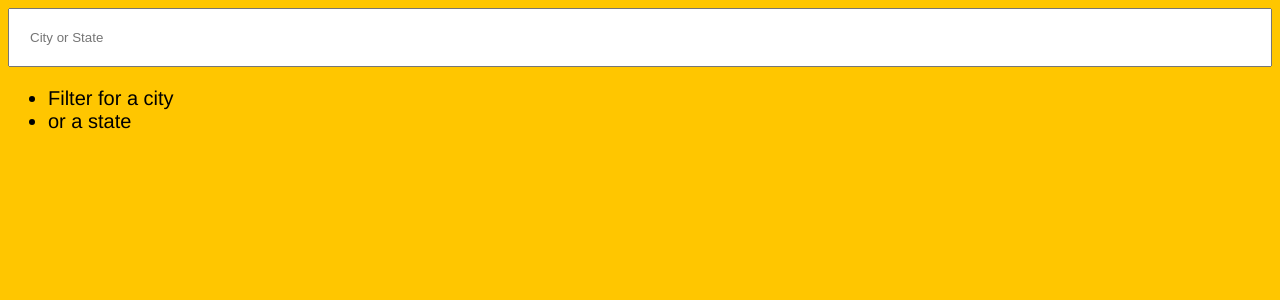
Repository: Saieebawake/Type-Ahead-City-or-State-Search
Page: index.html
These files come from the project's save history. The page is drawn as it stood at one moment and after the next save; the edit follows.
The browser window is 1280 px wide. The pictures show the whole page.
The page's requests for data from a server got no answer.

Above is the page before, as saved 2026-09-27 20:34:45.

### index.html
<!DOCTYPE html>
<html lang="en">
<head>
    <meta charset="UTF-8">
    <meta name="viewport" content="width=device-width, initial-scale=1.0">
    <title>Type Ahead</title>
    <link rel="stylesheet" href="style.css">
</head>
<body>
    <form class="search-form">
        <input type="text" class="search" placeholder="City or State">
        <ul class="suggestions">
            <li>Filter for a city</li>
            <li>or a state</li>
        </ul>
    </form>
    <script src="script.js"></script>
</body>
</html>

### style.css
html {
    box-sizing: border-box;
    background: #ffc600;
    font-family: 'helvetica neue';
    font-size: 20px;
    font-weight: 200;
}

*, *:before, *:after {
    box-sizing: inherit;
}

input {
    width: 100%;
    padding: 20px;
}

### script.js
const endpoint = 'https://gist.githubusercontent.com/Miserlou/c5cd8364bf9b2420bb29/raw/2bf258763cdddd704f8ffd3ea9a3e81d25e2c6f6/cities.json'

const cities = [];

fetch(endpoint)
.then(blob => blob.json())
.then(data => cities.push(...data))

function findMatches(wordToMatch, cities) {
    return cities.filter(place => {
        const regex = new RegExp(wordToMatch, 'gi');
        return place.city.match(regex) || place.state.match(regex)
    });
}

function numberWithCommas(x) {
    return x.toString().replace(/|B(?=(\d{3})+(?!\d))/g, ',');
}

function displayMatches() {
    const matchArray = findMatches(this.value, cities);
    const html = matchArray.map(place => {
        const regex = new RegExp(this.value, 'gi');
        const cityName = place.city.replace(regex,`<span class="hl">${this.value}</span>`);
        const stateName = place.state.replace(regex,`<span class="hl">${this.value}</span>`);
        return `
        <li>
        <span class="name">${cityName}, ${stateName}</span>
        <span class="population">${numberWithCommas(place.population)}</span>
        </li>`;
    }).join('');
    suggestions.innerHTML = html;
}

const searchInput = document.querySelector('.search');
const suggestions = document.querySelector('.suggestions');

searchInput.addEventListener('change', displayMatches);
searchInput.addEventListener('keyup', displayMatches);

After the next save:
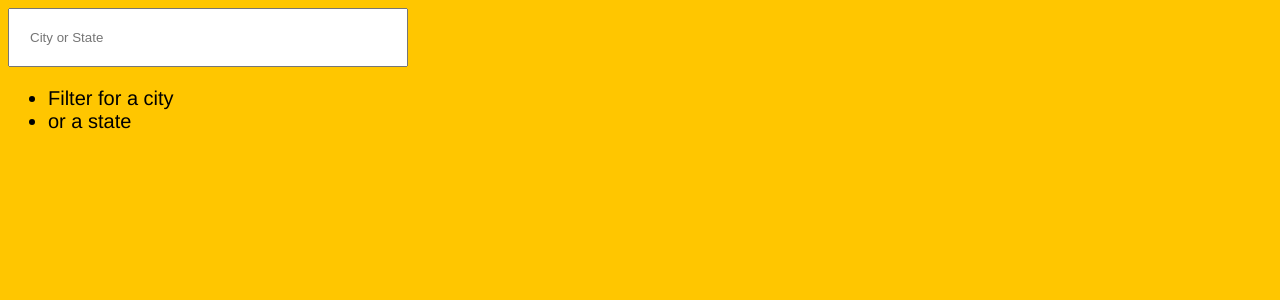
Saved 10 s later.
--- a/style.css
+++ b/style.css
@@ -14,3 +14,7 @@ input {
     width: 100%;
     padding: 20px;
 }
+
+.search-form {
+    max-width: 400px;
+}
